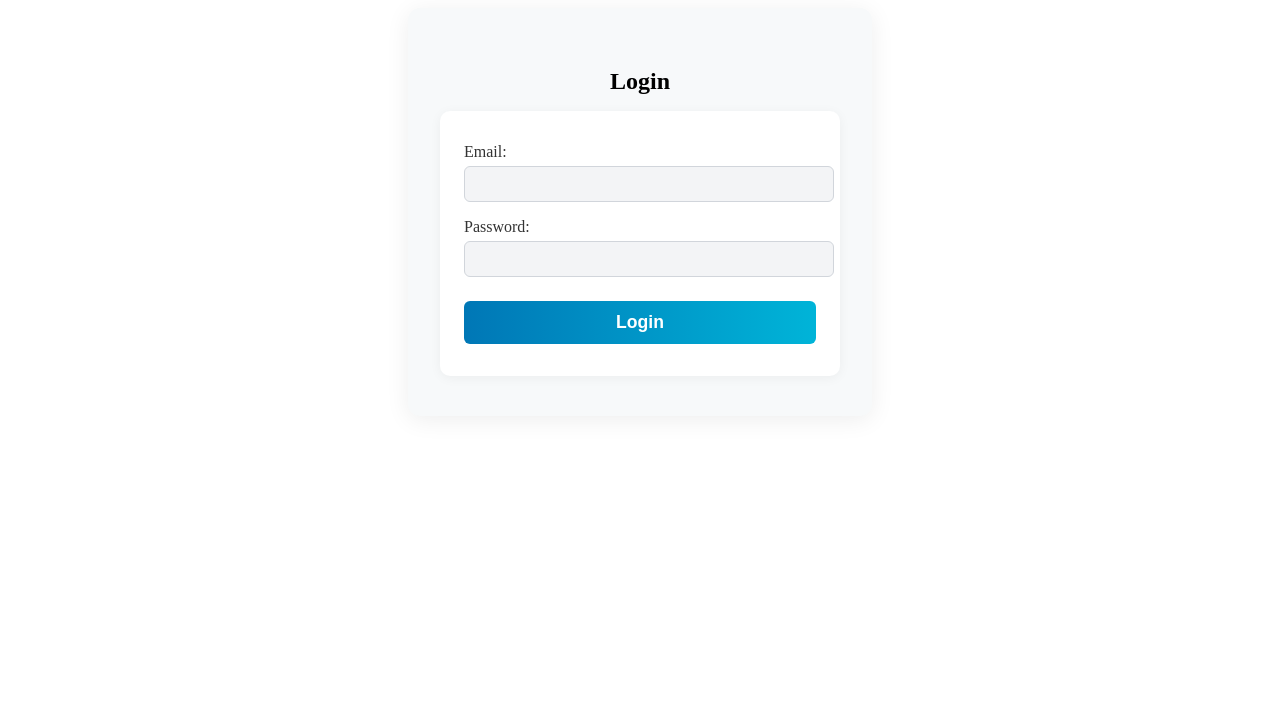
Repository: anonymous1508/dental-center
Page: /
These files come from the project's save history. The page is drawn as it stood at one moment and after the next save; the edit follows.
The browser window is 1280 px wide. The pictures show the whole page.
The project was rebuilt for these pictures with package versions that can differ from the ones it lists, and the page was loaded fresh each time. Also part of the build but not shown: vite.config.js, src/components/Topbar.jsx, src/pages/Dashboard.jsx, src/components/PatientForm.jsx, src/utils/patientStorage.jsx, src/pages/Patients.jsx, src/pages/Appointments.jsx, src/pages/Calendar.jsx and 2 more.

Above is the page before, as saved 2025-07-01 14:42:25.

### src/main.jsx
import React from "react";
import ReactDOM from "react-dom/client";
import App from "./App";
import { AuthProvider } from "./contexts/AuthContext"; // ✅ important

ReactDOM.createRoot(document.getElementById("root")).render(
  <React.StrictMode>
    <AuthProvider>
      <App />
    </AuthProvider>
  </React.StrictMode>
);

### src/App.jsx
import React from 'react';
import {
  BrowserRouter as Router,
  Routes,
  Route,
  Navigate,
} from 'react-router-dom';

import Login from './pages/Login';
import Dashboard from './pages/Dashboard';
import Patients from './pages/Patients';
import Appointments from './pages/Appointments';
import Calendar from './pages/Calendar';
import PatientPortal from './pages/PatientPortal';

import RequireRole from './components/RequireRole'; // ✅ Make sure this file exists

const App = () => {
  return (
    <Router>
      <Routes>
        {/* Public route */}
        <Route path="/login" element={<Login />} />

        {/* Admin-only routes */}
        <Route
          path="/dashboard"
          element={
            <RequireRole allowedRoles={['Admin']}>
              <Dashboard />
            </RequireRole>
          }
        />
        <Route
          path="/patients"
          element={
            <RequireRole allowedRoles={['Admin']}>
              <Patients />
            </RequireRole>
          }
        />
        <Route
          path="/appointments"
          element={
            <RequireRole allowedRoles={['Admin']}>
              <Appointments />
            </RequireRole>
          }
        />
        <Route
          path="/calendar"
          element={
            <RequireRole allowedRoles={['Admin']}>
              <Calendar />
            </RequireRole>
          }
        />

        {/* Patient-only route */}
        <Route
          path="/patient-portal"
          element={
            <RequireRole allowedRoles={['Patient']}>
              <PatientPortal />
            </RequireRole>
          }
        />

        {/* Fallback redirect to login */}
        <Route path="*" element={<Navigate to="/login" replace />} />
      </Routes>
    </Router>
  );
};

export default App;

### src/contexts/AuthContext.jsx
import React, { createContext, useContext, useState, useEffect } from "react";

// Dummy users for simulation
const users = [
  { id: "1", role: "Admin", email: "admin@entnt.in", password: "admin123" },
  { id: "2", role: "Patient", email: "john@entnt.in", password: "patient123", patientId: "p1" }
];

// 1. Create Context
const AuthContext = createContext();

// 2. Provider
export const AuthProvider = ({ children }) => {
  const [user, setUser] = useState(null);

  useEffect(() => {
    const stored = localStorage.getItem("authUser");
    if (stored) {
      setUser(JSON.parse(stored));
    }
  }, []);

  const login = (email, password) => {
    const match = users.find(
      (u) => u.email === email && u.password === password
    );
    if (match) {
      setUser(match);
      localStorage.setItem("authUser", JSON.stringify(match));
      return true;
    }
    return false;
  };

  const logout = () => {
    setUser(null);
    localStorage.removeItem("authUser");
  };

  return (
    <AuthContext.Provider value={{ user, login, logout }}>
      {children}
    </AuthContext.Provider>
  );
};

// ✅ 3. Custom hook (MISSING in your file)
export const useAuth = () => useContext(AuthContext);

### src/pages/Login.jsx
import React, { useState } from "react";
import { useNavigate } from "react-router-dom";
import { useAuth } from "../contexts/AuthContext";

const Login = () => {
  const { login } = useAuth();
  const navigate = useNavigate();

  const [email, setEmail] = useState("");
  const [password, setPassword] = useState("");
  const [error, setError] = useState("");

  const handleSubmit = (e) => {
    e.preventDefault();

    console.log("Login form submitted");
    const success = login(email, password);
    console.log("Login success:", success);

    if (success) {
      const loggedInUser = JSON.parse(localStorage.getItem("authUser"));
      if (loggedInUser.role === "Admin") {
        navigate("/dashboard");
      } else if (loggedInUser.role === "Patient") {
        navigate("/patient-portal");
      }
    } else {
      setError("INVALID CREDENTIALS");
    }
  };

  return (
    <div className="container" style={{ maxWidth: "400px", margin: "0 auto" }}>
      <h2 style={{ textAlign: "center", marginBottom: "1rem" }}>Login</h2>
      <form onSubmit={handleSubmit} className="card">
        <div>
          <label>Email:</label>
          <input
            type="email"
            required
            value={email}
            onChange={(e) => setEmail(e.target.value)}
            style={{ width: "100%", padding: "0.5rem", marginBottom: "1rem" }}
          />
        </div>
        <div>
          <label>Password:</label>
          <input
            type="password"
            required
            value={password}
            onChange={(e) => setPassword(e.target.value)}
            style={{ width: "100%", padding: "0.5rem", marginBottom: "1rem" }}
          />
        </div>
        {error && (
          <p style={{ color: "red", marginBottom: "1rem" }}>{error}</p>
        )}
        <button type="submit" className="btn" style={{ width: "100%" }}>
          Login
        </button>
      </form>
    </div>
  );
};

export default Login;
const loginStyles = `
  .container {
    background: #f7f9fa;
    border-radius: 12px;
    box-shadow: 0 4px 24px rgba(0,0,0,0.07);
    padding: 2.5rem 2rem;
    margin-top: 5rem;
  }
  .card {
    background: #fff;
    border-radius: 10px;
    box-shadow: 0 2px 12px rgba(0,0,0,0.05);
    padding: 2rem 1.5rem;
    border: none;
  }
  label {
    font-weight: 500;
    color: #333;
    margin-bottom: 0.3rem;
    display: block;
  }
  input[type="email"], input[type="password"] {
    border: 1px solid #d1d5db;
    border-radius: 6px;
    font-size: 1rem;
    background: #f3f4f6;
    transition: border 0.2s;
  }
  input[type="email"]:focus, input[type="password"]:focus {
    border: 1.5px solid #0077b6;
    outline: none;
    background: #fff;
  }
  .btn {
    background: linear-gradient(90deg, #0077b6 0%, #00b4d8 100%);
    color: #fff;
    border: none;
    border-radius: 6px;
    padding: 0.7rem 0;
    font-size: 1.1rem;
    font-weight: 600;
    cursor: pointer;
    transition: background 0.2s;
    margin-top: 0.5rem;
  }
  .btn:hover {
    background: linear-gradient(90deg, #023e8a 0%, #0096c7 100%);
  }
`;

if (typeof document !== "undefined" && !document.getElementById("login-styles")) {
  const style = document.createElement("style");
  style.id = "login-styles";
  style.innerHTML = loginStyles;
  document.head.appendChild(style);
}

Loaded but not shown: index.html (common file)

After the next save:
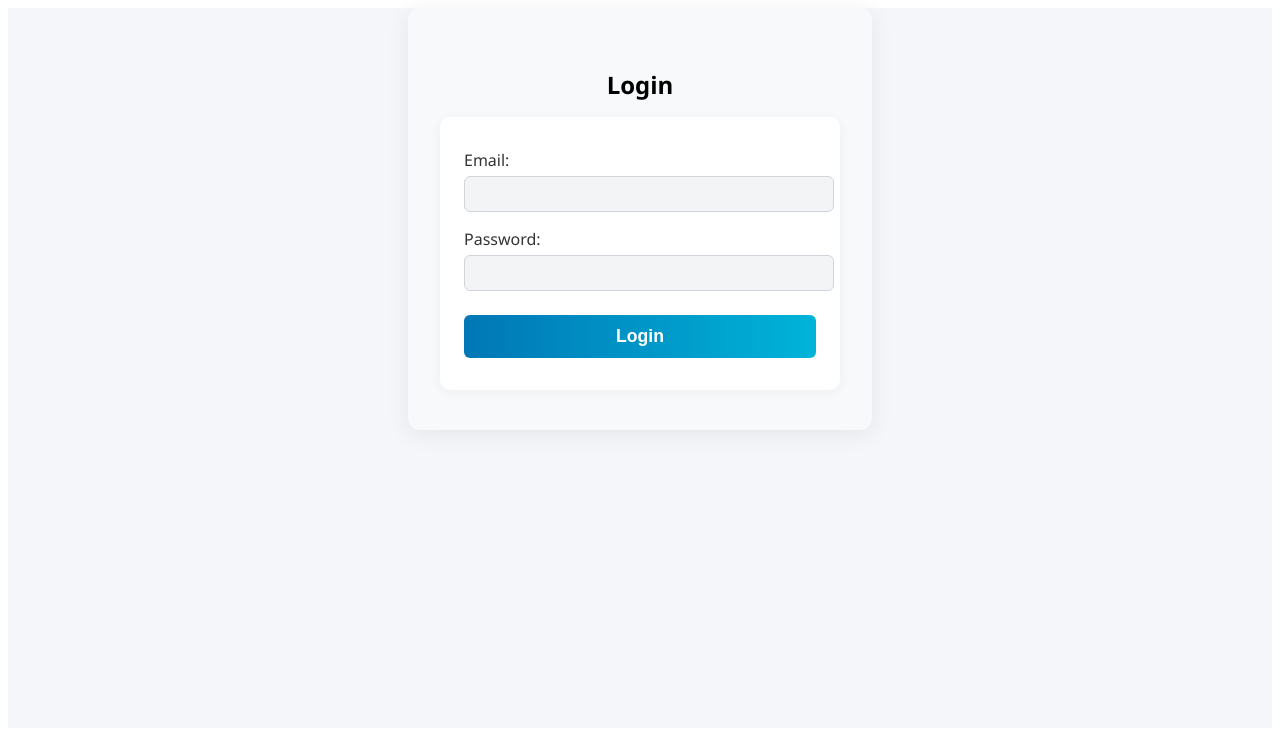
Saved 62 s later.
--- a/src/App.jsx
+++ b/src/App.jsx
@@ -18,57 +18,59 @@ import RequireRole from './components/RequireRole'; // ✅ Make sure this file e
 const App = () => {
   return (
     <Router>
-      <Routes>
-        {/* Public route */}
-        <Route path="/login" element={<Login />} />
+      <div style={{ fontFamily: 'Segoe UI, Arial, sans-serif', background: '#f5f6fa', minHeight: '100vh' }}>
+        <Routes>
+          {/* Public route */}
+          <Route path="/login" element={<Login />} />
 
-        {/* Admin-only routes */}
-        <Route
-          path="/dashboard"
-          element={
-            <RequireRole allowedRoles={['Admin']}>
-              <Dashboard />
-            </RequireRole>
-          }
-        />
-        <Route
-          path="/patients"
-          element={
-            <RequireRole allowedRoles={['Admin']}>
-              <Patients />
-            </RequireRole>
-          }
-        />
-        <Route
-          path="/appointments"
-          element={
-            <RequireRole allowedRoles={['Admin']}>
-              <Appointments />
-            </RequireRole>
-          }
-        />
-        <Route
-          path="/calendar"
-          element={
-            <RequireRole allowedRoles={['Admin']}>
-              <Calendar />
-            </RequireRole>
-          }
-        />
+          {/* Admin-only routes */}
+          <Route
+            path="/dashboard"
+            element={
+              <RequireRole allowedRoles={['Admin']}>
+                <Dashboard />
+              </RequireRole>
+            }
+          />
+          <Route
+            path="/patients"
+            element={
+              <RequireRole allowedRoles={['Admin']}>
+                <Patients />
+              </RequireRole>
+            }
+          />
+          <Route
+            path="/appointments"
+            element={
+              <RequireRole allowedRoles={['Admin']}>
+                <Appointments />
+              </RequireRole>
+            }
+          />
+          <Route
+            path="/calendar"
+            element={
+              <RequireRole allowedRoles={['Admin']}>
+                <Calendar />
+              </RequireRole>
+            }
+          />
 
-        {/* Patient-only route */}
-        <Route
-          path="/patient-portal"
-          element={
-            <RequireRole allowedRoles={['Patient']}>
-              <PatientPortal />
-            </RequireRole>
-          }
-        />
+          {/* Patient-only route */}
+          <Route
+            path="/patient-portal"
+            element={
+              <RequireRole allowedRoles={['Patient']}>
+                <PatientPortal />
+              </RequireRole>
+            }
+          />
 
-        {/* Fallback redirect to login */}
-        <Route path="*" element={<Navigate to="/login" replace />} />
-      </Routes>
+          {/* Fallback redirect to login */}
+          <Route path="*" element={<Navigate to="/login" replace />} />
+        </Routes>
+      </div>
     </Router>
   );
 };
